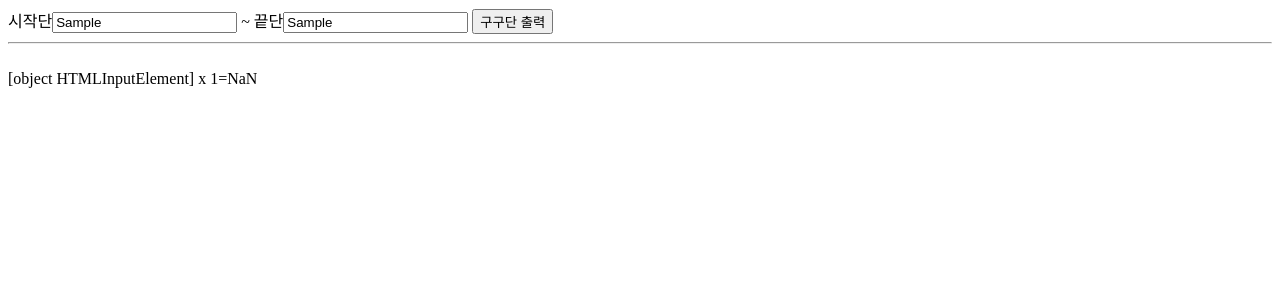
Repository: popconnect/jQuery
Page: http://localhost/jqueryEx01/gugudan.jsp
An editor plug-in stored every save of this project. The page is shown before and after the next save, followed by the edit.
The browser window is 1280 px wide. The pictures show the whole page.
Empty fields were first filled with sample values (such as "Sample", 5 or name@example.com).
After loading, the first visible `#btn` was clicked once.
The page is served by Tomcat 9.

Above is the page before, as saved 2023-05-16 02:32:00.

After the next save:
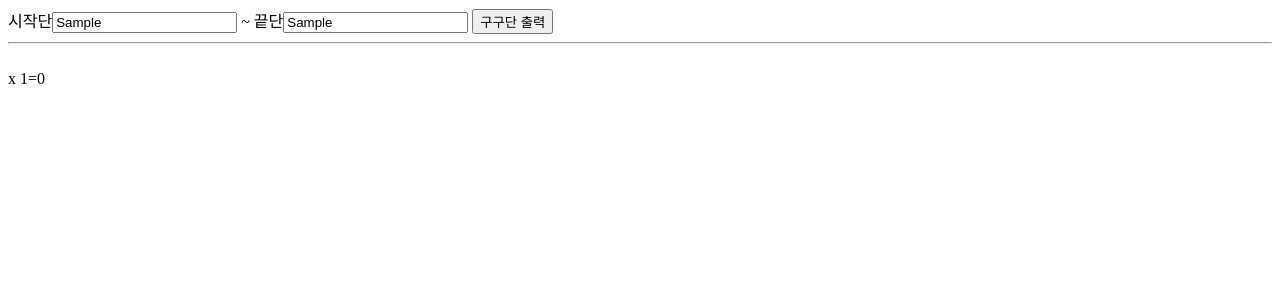
Saved 20 s later.
--- a/jqueryEx01/src/main/webapp/gugudan.jsp
+++ b/jqueryEx01/src/main/webapp/gugudan.jsp
@@ -11,8 +11,8 @@
 		document.getElementById('btn').onclick = function() {
 			// 집합적 적용
 			//$('div').html('<i> 새로운 결과</i>');
-			$('#startdan').text('<i>새로운결과</i>');
-			$('#enddan').text('<i>새로운결과</i>');
+			let startdan = $('#startdan').text();
+			let enddan = $('#enddan').text();
 			$('div').html(function(index) {
 				for(i=startdan; i<=enddan; i++) {
 					for(j=index+1; j<=9; j++) {
